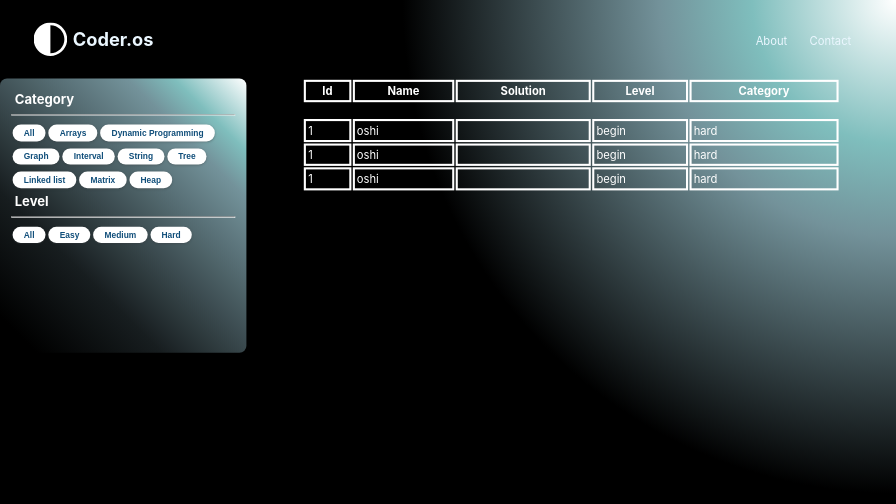
Repository: xoshiraghavx/Coder.os
Page: /mainpage (app in my-app/)
An editor plug-in stored every save of this project. The page is shown before and after the next save, followed by the edit.
The browser window is 1280 px wide. The pictures show the part of the page from y = 0 to 1920 px (the page is 720 px tall before and 3009 px after), at 70% of full size.
Backgrounds fixed to the window are drawn as part of the page. The project was rebuilt for these pictures with package versions that can differ from the ones it lists, and the page was loaded fresh each time. Also part of the build but not shown: my-app/src/components/Home/Home.css, my-app/src/components/Home/Home.jsx.

Above is the page before, as saved 2022-12-17 14:02:40.

### my-app/public/index.html
<!DOCTYPE html>
<html lang="en">
  <head>
    <meta charset="utf-8" />
    <link rel="icon" href="%PUBLIC_URL%/assests/logo.png" />
    <meta name="viewport" content="width=device-width, initial-scale=1" />
    <meta name="theme-color" content="#000000" />
    <meta
      name="description"
      content="Web site created using create-react-app"
    />
    <link rel="apple-touch-icon" href="%PUBLIC_URL%/logo192.png" />
    <!--
      manifest.json provides metadata used when your web app is installed on a
      user's mobile device or desktop. See https://developers.google.com/web/fundamentals/web-app-manifest/
    -->
    <link rel="manifest" href="%PUBLIC_URL%/manifest.json" />
    <!--
      Notice the use of %PUBLIC_URL% in the tags above.
      It will be replaced with the URL of the `public` folder during the build.
      Only files inside the `public` folder can be referenced from the HTML.

      Unlike "/favicon.ico" or "favicon.ico", "%PUBLIC_URL%/favicon.ico" will
      work correctly both with client-side routing and a non-root public URL.
      Learn how to configure a non-root public URL by running `npm run build`.
    -->
    <title>Coder.os</title>
  </head>
  <body>
    <noscript>You need to enable JavaScript to run this app.</noscript>
    <div id="root"></div>
    <!--
      This HTML file is a template.
      If you open it directly in the browser, you will see an empty page.

      You can add webfonts, meta tags, or analytics to this file.
      The build step will place the bundled scripts into the <body> tag.

      To begin the development, run `npm start` or `yarn start`.
      To create a production bundle, use `npm run build` or `yarn build`.
    -->
  </body>
</html>

### my-app/src/index.js
import React from 'react';
import ReactDOM from 'react-dom/client';
import './index.css';
import App from './App';
import {BrowserRouter as Router} from "react-router-dom";


const root = ReactDOM.createRoot(document.getElementById('root'));
root.render(
  <Router>
  <App />
  </Router>

);

// If you want to start measuring performance in your app, pass a function
// to log results (for example: reportWebVitals(console.log))
// or send to an analytics endpoint. Learn more: https://bit.ly/CRA-vitals

### my-app/src/index.css
body {
  height: 100%;
  padding: 0;
  margin: 0;
  font-family: -apple-system, BlinkMacSystemFont, 'Segoe UI', 'Roboto', 'Oxygen',
    'Ubuntu', 'Cantarell', 'Fira Sans', 'Droid Sans', 'Helvetica Neue',
    sans-serif;
  -webkit-font-smoothing: antialiased;
  -moz-osx-font-smoothing: grayscale;
background: rgb(255,255,255);
background: radial-gradient(circle at top right, rgba(255,255,255,1) 0%, rgba(127,190,189,1) 14%, rgba(115,146,154,1) 23%, rgba(0,0,0,1) 48%);
background-repeat: no-repeat;
height: 100%;
background-attachment: fixed;
/* color: #fff; */
}

code {
  font-family: source-code-pro, Menlo, Monaco, Consolas, 'Courier New',
    monospace;
}

/*
===============
Variables
===============
*/

:root {
  /* dark shades of primary color*/
  --clr-primary-1: hsl(205, 86%, 17%);
  --clr-primary-2: hsl(205, 77%, 27%);
  --clr-primary-3: hsl(205, 72%, 37%);
  --clr-primary-4: hsl(205, 63%, 48%);
  /* primary/main color */
  --clr-primary-5: hsl(205, 78%, 60%);
  /* lighter shades of primary color */
  --clr-primary-6: hsl(205, 89%, 70%);
  --clr-primary-7: hsl(205, 90%, 76%);
  --clr-primary-8: hsl(205, 86%, 81%);
  --clr-primary-9: hsl(205, 90%, 88%);
  --clr-primary-10: hsl(205, 100%, 96%);
  /* darkest grey - used for headings */
  --clr-grey-1: hsl(209, 61%, 16%);
  --clr-grey-2: hsl(211, 39%, 23%);
  --clr-grey-3: hsl(209, 34%, 30%);
  --clr-grey-4: hsl(209, 28%, 39%);
  /* grey used for paragraphs */
  --clr-grey-5: hsl(210, 22%, 49%);
  --clr-grey-6: hsl(209, 23%, 60%);
  --clr-grey-7: hsl(211, 27%, 70%);
  --clr-grey-8: hsl(210, 31%, 80%);
  --clr-grey-9: hsl(212, 33%, 89%);
  --clr-grey-10: hsl(210, 36%, 96%);
  --clr-white: #fff;
  --clr-red-dark: hsl(360, 67%, 44%);
  --clr-red-light: hsl(360, 71%, 66%);
  --clr-green-dark: hsl(125, 67%, 44%);
  --clr-green-light: hsl(125, 71%, 66%);
  --clr-black: #222;
  --ff-primary: "Roboto", sans-serif;
  --ff-secondary: "Open Sans", sans-serif;
  --transition: all 0.3s linear;
  --spacing: 0.1rem;
  --radius: 0.25rem;
  --light-shadow: 0 5px 15px rgba(0, 0, 0, 0.1);
  --dark-shadow: 0 5px 15px rgba(0, 0, 0, 0.2);
  --max-width: 1170px;
  --fixed-width: 620px;
}
h1{
  color: var(--clr-primary-10);
}

### my-app/src/App.jsx
import React from "react";
import Home from "./components/Home/Home";
import MainPage from "./components/MainPage/MainPage";
import {Routes, Route} from "react-router-dom";

function App() {
  return (

     <Routes>
        <Route path="/" element={<Home />} />
          <Route path="/mainpage" element={<MainPage />} />
      </Routes>
  );
}

export default App;

### my-app/src/components/MainPage/MainPage.jsx
import "./MainPage.css";
import FilterSection from "./FilterSection";
import QuestionBank from "./QuestionBank";
import NavBar from "../NavBar/Navbar";

function MainPage() {
  return (
    <div>
      <NavBar />
      <div className="main-section">
        <FilterSection />
        <QuestionBank />
      </div>
    </div>
  );
}

export default MainPage;

### my-app/src/components/NavBar/Navbar.jsx
import "./NavBar.css";

function NavBar() {
  return (
    <div className="navbar">
      <div className="navbar-wrapper">
        <div className="navbar-logo">
          <img src="assests/code-simple.svg" alt="" />
          <div className="nav-bar-logo__name">Coder.os</div>
        </div>
        <div className="navbar-list">
          <ul>
            <li>
              <a>About</a>
            </li>
            <li>
              <a>Contact</a>
            </li>
          </ul>
        </div>
      </div>
    </div>
  );
}

export default NavBar;

### my-app/src/components/MainPage/MainPage.css

.main-section {
  display: flex;
  flex-direction: row;
}
@media only screen and (max-width: 1100px){
  .main-section{
      display: flex;
     flex-direction: column;
  }
}

### my-app/src/components/MainPage/FilterSection.jsx
import React from "react";
import "./FilterSection.css";

function FilterSection() {
  const Button = [
    {
      Name: "All",
    },
    {
      Name: "Arrays",
    },
    {
      Name: "Dynamic Programming",
    },
    {
      Name: "Graph",
    },
    {
      Name: "Interval",
    },
    {
      Name: "String",
    },
    {
      Name: "Tree",
    },
    {
      Name: "Linked list",
    },
    {
      Name: "Matrix",
    },
    {
      Name: "Heap",
    },
  ];
  const Level = [
    {
      Name: 'All',
    },
    {
      Name: 'Easy',
    },
    {
      Name: 'Medium',
    },
    {
      Name: 'Hard',
    }
  ]
  return (
    <div>
      <div className="filter-section">
        <div className="category">
          <div className="category-heading">
            <h3 className="title">Category</h3>
            <hr />
          </div>
          <div className="category-buttons">
          {Button.map((button) => (
            <button className="buttons">{button.Name}</button>
          ))}
          </div>
        </div>

        <div className="level">
          <div className="level-heading">
            <h3 className="title">Level</h3>
            <hr />
          </div>
        </div>
        <div className="level-buttons">
          {
            Level.map((level)=>(
              <button className="buttons">{level.Name}</button>
            ))
          }

        </div>
      </div>
    </div>
  );
}

export default FilterSection;

### my-app/src/components/MainPage/QuestionBank.jsx
import React from "react";
import "./QuestionBank.css";
import Questions from "../../assests/updated.json";

function QuestionBank() {
  const Questions = [
    {
      Id: "1",
      Name: "oshi",
      Level: "begin",
      Solution: "",
      Category: "hard",
    },
    {
      Id: "1",
      Name: "oshi",
      Level: "begin",
      Solution: "",
      Category: "hard",
    },
    {
      Id: "1",
      Name: "oshi",
      Level: "begin",
      Solution: "",
      Category: "hard",
    },
  ];
  return (
    <div>
      <div className="ques-section">
        <table>
          <tr>
            <th>Id</th>
            <th>Name</th>
            <th>Solution</th>
            <th>Level</th>
            <th>Category</th>
          </tr>
          <br />
          {Questions.map((question) => (
            <>
              <tr>
                <td>{question.Id}</td>
                <td>{question.Name}</td>
                <td>{question.Solution}</td>
                <td>{question.Level}</td>
                <td>{question.Category}</td>
              </tr>
            </>
          ))}
        </table>
      </div>
    </div>
  );
}

export default QuestionBank;
// {
/* <div className="ques-bar">
  <p>#</p>
  <p>Name</p>
  <p>Level</p>
  <p>Category</p>
  <p>Solution</p>
</div>
<div className="ques-bank">
<div className="ques">

</div>
<hr />
</div> */
// }

//  {Questions.map((question) => (
//   <>

//   </>
// ))}

### my-app/src/components/NavBar/NavBar.css
.navbar-wrapper{
    height: auto;
    display: flex;
    flex-direction: row;
    padding: 2rem 3rem;
}
.navbar-logo img{
    height: 3rem;
}
.navbar-logo{
    display: flex;
    flex-direction: row;
    color: var(--clr-primary-10);
}
.nav-bar-logo__name{
    margin: 0.5rem;
    font-weight: bold;
    font-size: 26px;
}
.navbar-list ul{
    list-style-type: none;
    display: flex;
    flex-direction: row;
    margin: 0;
    padding: 0rem 3rem;
}
.navbar-list li a{
    padding: 0.5rem ;
    margin: 0.5rem;
    color: var(--clr-primary-10);
}
.navbar-list{
    position: absolute;
    right: 0;
    margin-top: 1rem;
}
.navbar-list li :hover{
    color: var(--clr-primary-1);
    cursor: pointer;
    font-size: large;
}
@media only screen and (max-width: 600px){
    .navbar-list ul{
        padding: 0rem;
    }
    .navbar-logo img{
        height: 2.5rem;
    }
   .nav-bar-logo__name{
        font-size: 20px;
    }
}

### my-app/src/components/MainPage/FilterSection.css
.filter-section {
  background: rgb(255, 255, 255);
  background: linear-gradient(
    225deg,
    rgba(255, 255, 255, 1) 0%,
    rgba(173, 213, 213, 1) 9%,
    rgba(136, 195, 194, 1) 13%,
    rgba(127, 190, 189, 1) 14%,
    rgba(115, 146, 154, 1) 23%,
    rgba(23, 29, 31, 1) 69%,
    rgba(0, 0, 0, 1) 93%
  );
  width: 20rem;
  height: 50vh;
  border-radius: 10px;
  border-color: white;
  padding: 1rem;
}
.buttons {
  background-color: white;
  padding: 0.3rem 1rem;
  border-radius: 100px;
  font-size: 12px;
  color: var(--clr-primary-2);
  font-weight: bold;
  margin: 5px 2px;
  box-shadow: rgba(60, 64, 67, 0.3) 0px 1px 2px 0px,
    rgba(60, 64, 67, 0.15) 0px 1px 3px 1px;
  border: none;
}
h3 {
  color: #ffffff;
}
.title {
  margin: auto;
  padding: 2px 5px;
}
.buttons:hover {
  cursor: pointer;
}
@media only screen and (max-width: 1100px){
  .filter-section{
    width: 80%;
    height: 20vh;
  }
}

### my-app/src/components/MainPage/QuestionBank.css
.ques-section{
    position: absolute;
    right: 0;
    margin-right: 5rem;
    width: 60%;
}
th, td {
    border:solid white;
    color: #ffffff;
    padding: 0.2rem;
}
table{
    width: 100%;
}
.ques-bar{
   display: flex;
  flex-direction: row;
  font-weight: bold;
  justify-content: space-between;
  background: #ffffff;
  padding: 1rem;
  border-radius: 20px;
}
.ques-bank{
    margin-top: 1rem;
    background: #ffffff;
    padding: 1rem;
    font-weight: bold;
    border-radius: 20px;
}
.ques{
    display: flex;
    flex-direction: row;
    justify-content: space-between;
}
@media only screen and (max-width: 1100px){
    .ques-section{
        position: absolute;
        left: 0;
        top: 23rem;
        width: 80%;
        margin-left: 2rem;
    }
}

Loaded but not shown: my-app/src/assests/updated.json (677 lines, source omitted)

After the next save:
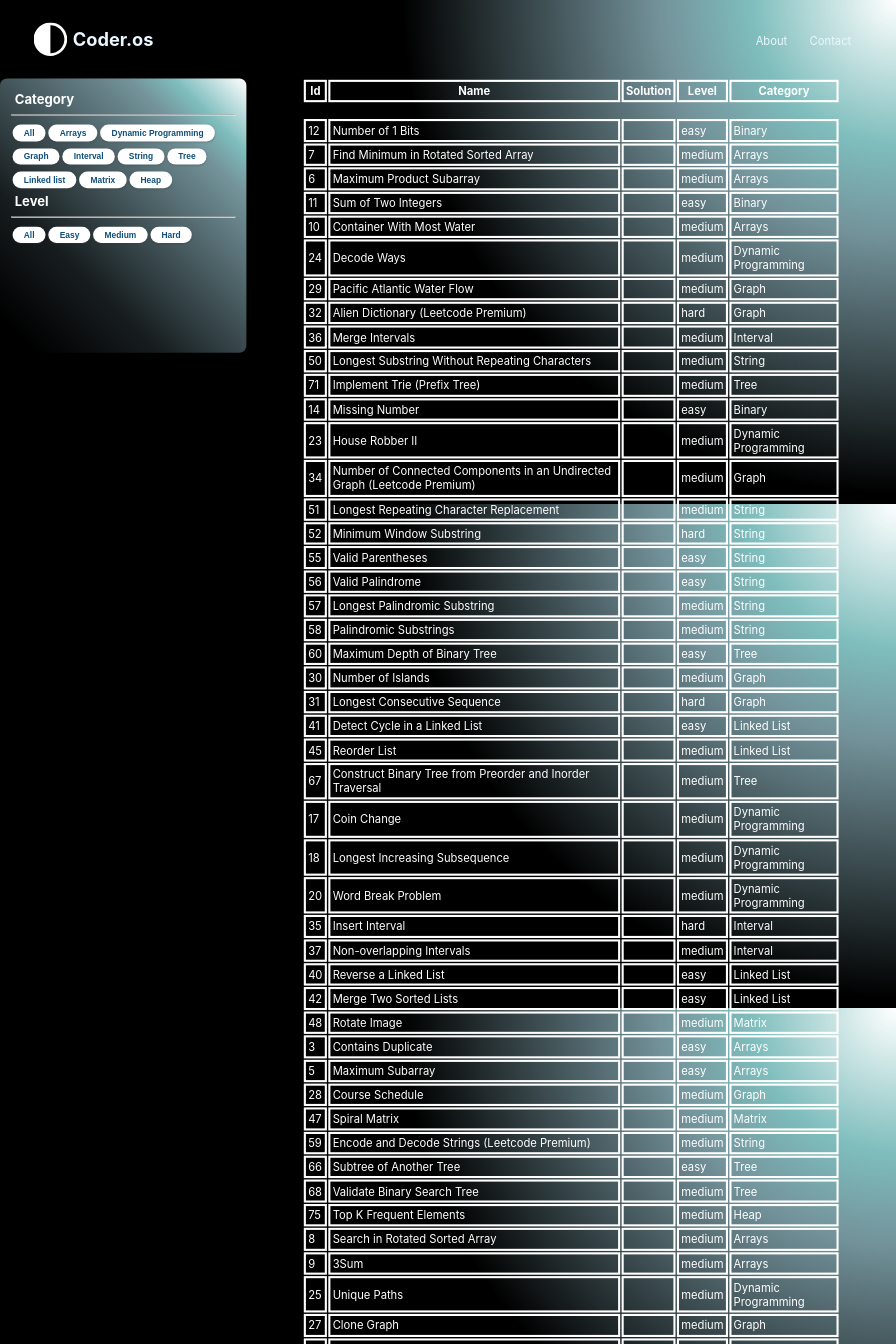
Saved 6 s later.
--- a/my-app/src/components/MainPage/QuestionBank.jsx
+++ b/my-app/src/components/MainPage/QuestionBank.jsx
@@ -3,29 +3,29 @@ import "./QuestionBank.css";
 import Questions from "../../assests/updated.json";
 
 function QuestionBank() {
-  const Questions = [
-    {
-      Id: "1",
-      Name: "oshi",
-      Level: "begin",
-      Solution: "",
-      Category: "hard",
-    },
-    {
-      Id: "1",
-      Name: "oshi",
-      Level: "begin",
-      Solution: "",
-      Category: "hard",
-    },
-    {
-      Id: "1",
-      Name: "oshi",
-      Level: "begin",
-      Solution: "",
-      Category: "hard",
-    },
-  ];
+  // const Questions = [
+  //   {
+  //     Id: "1",
+  //     Name: "oshi",
+  //     Level: "begin",
+  //     Solution: "",
+  //     Category: "hard",
+  //   },
+  //   {
+  //     Id: "1",
+  //     Name: "oshi",
+  //     Level: "begin",
+  //     Solution: "",
+  //     Category: "hard",
+  //   },
+  //   {
+  //     Id: "1",
+  //     Name: "oshi",
+  //     Level: "begin",
+  //     Solution: "",
+  //     Category: "hard",
+  //   },
+  // ];
   return (
     <div>
       <div className="ques-section">
